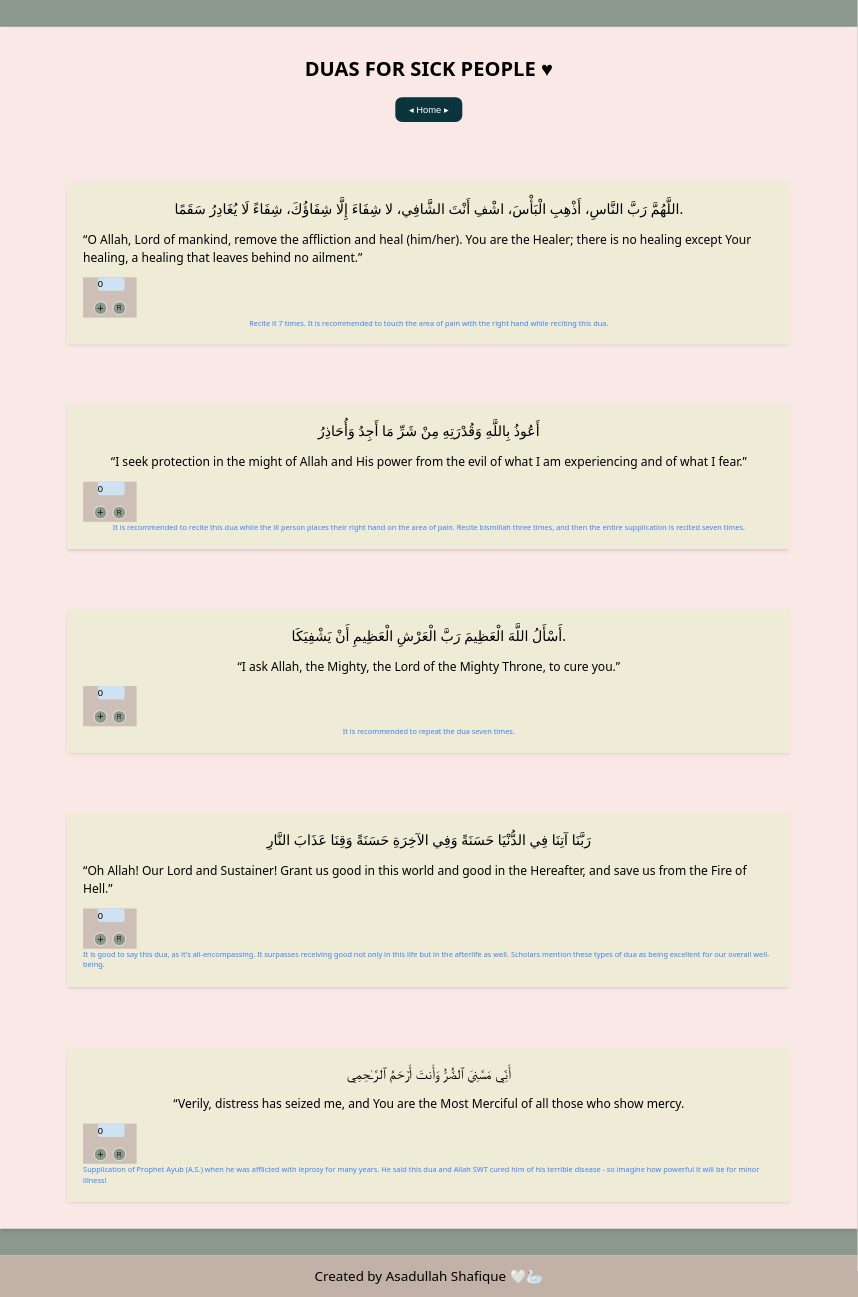
Repository: asadullah48/Duas_Diary
Page: /sick
The author's editor kept a copy of each file at every save. The page is drawn from the files as they stood at one save, then again after a run of saves.
The browser window is 1280 px wide. The pictures show the whole page, at 67% of full size.
The project was rebuilt for these pictures with package versions that can differ from the ones it lists, and the page was loaded fresh each time. The framework's server and built-in components were replaced by stand-ins that run in the browser. Also part of the build but not shown: next.config.ts.

Above is the page before, as saved 2024-11-30 10:11:53.

After the next 2 saves:
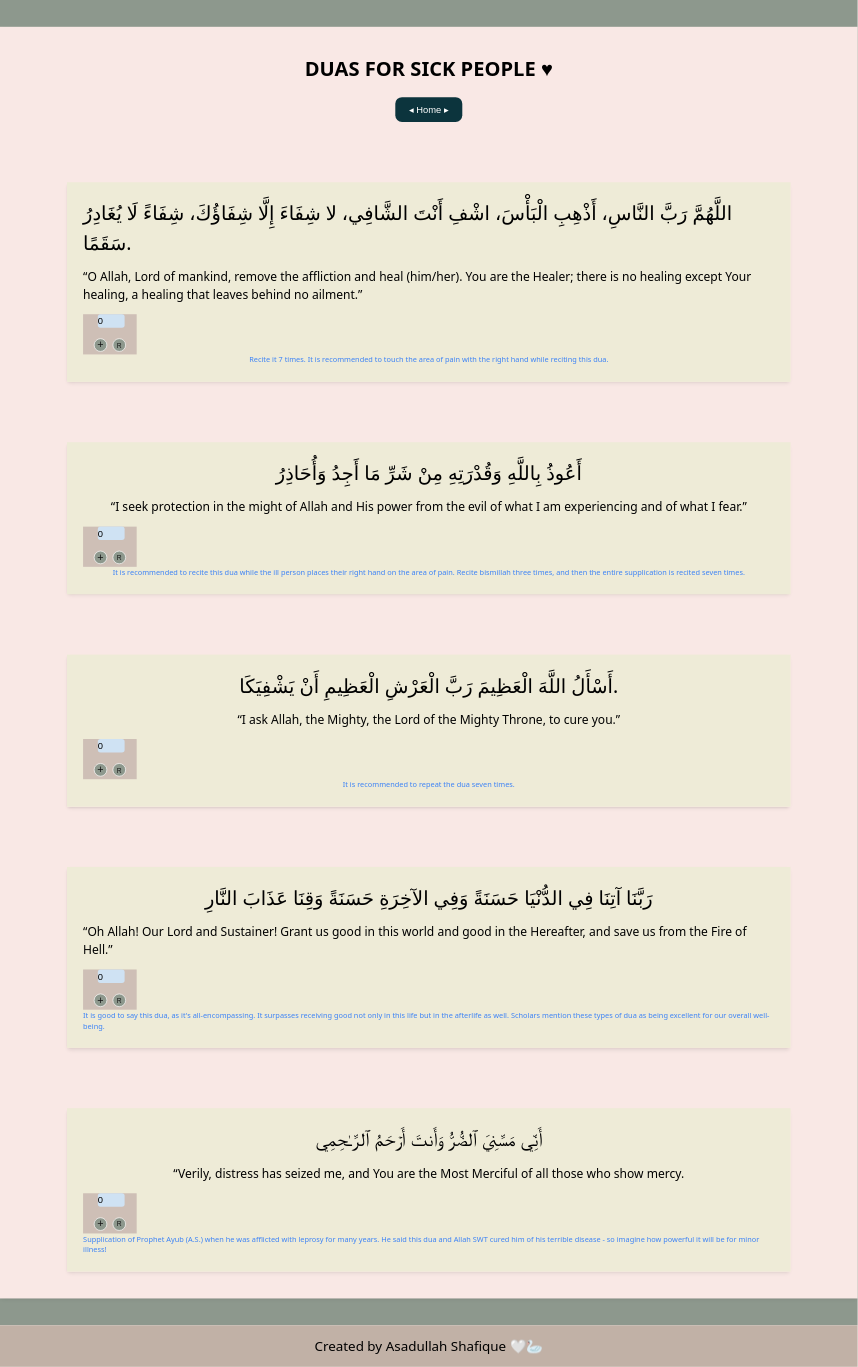
The 2 saves are shown as one change because they came seconds apart.
The last was saved 14 s later.
--- a/src/components/props.tsx
+++ b/src/components/props.tsx
@@ -15,7 +15,7 @@ export default function LightPinkSection({
 }: SectionProps) {
   return (
     <div className="w-[90%] bg-[#ececd3c5] p-6 rounded-lg mx-auto shadow-md mt-[90px]">
-      <p className="text-black text-[21px] font-sans mb-4 flex justify-center">
+      <p className="text-black text-[29px] font-sans mb-4 flex justify-center">
         {paragraph}
       </p>
       <p className="text-black text-[18px] font-sans mb-4 flex justify-center">
